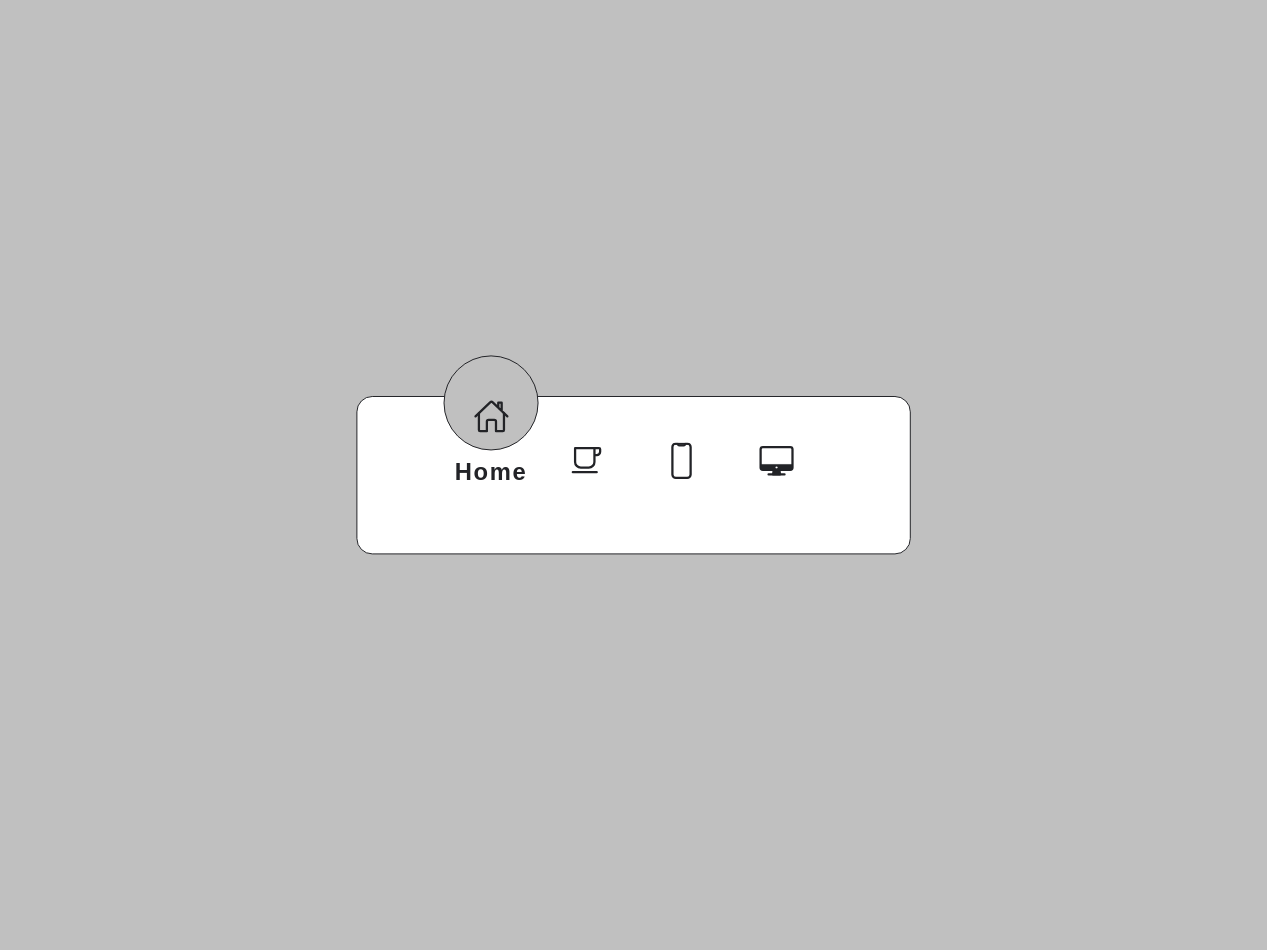
Repository: DevJoeYC/Metabukcs
Page: http://localhost/metabucks/
The author's editor kept a copy of each file at every save. The page is drawn from the files as they stood at one save, then again after the next save.
The browser window is 1280 px wide. The pictures show the whole page, at 99% of full size.
The page is served by Tomcat 9. Other server files are loaded and not shown.

Above is the page before, as saved 2022-05-27 01:12:51.

### metabucks/WebContent/index.html
<!DOCTYPE html>
<html>
<head>
	<meta charset="UTF-8">
	<title>CTEAM team project nav</title>
	<link rel="stylesheet" type="text/css" href="./show/test.css">
	<script src="./show/common.js"></script>
	<script src="./show/jquery.js"></script>
</head>
<body>
	<div class="nav">
		<ul>
			<li class="list active">
				<a href="./HOME/index.jsp" target="_blank">
					<span class="icon"><ion-icon name="home-outline"></ion-icon></span>
					<span class="text">Home</span>
				</a>
			</li>
			<li class="list">
				<a href="./KIOSK/index.jsp" target="_blank">
					<span class="icon"><ion-icon name="cafe-outline"></ion-icon></span>
					<span class="text">KIOSK</span>
				</a>
			</li>
			<li class="list">
				<a href="./METAORDER/index.jsp" target="_blank">
					<span class="icon"><ion-icon name="phone-portrait-outline"></ion-icon></span>
					<span class="text">Metaoder</span>
				</a>
			</li>
			<li class="list">
				<a href="./POS/index.html" target="_blank">
					<span class="icon"><ion-icon name="desktop-outline"></ion-icon></span>
					<span class="text">POS</span>
				</a>
			</li>
			<div class="indicator"></div>
		</ul>
	</div>
	<script>
		var list = document.querySelectorAll('.list');
		function activeLink(){
			list.forEach((item) => item.classList.remove('active'));
			this.classList.add('active');
		}
		list.forEach((item) =>
		item.addEventListener('mouseover', activeLink));
	</script>
	<script type="module" src="https://unpkg.com/ionicons@5.5.2/dist/ionicons/ionicons.esm.js"></script>
	<script nomodule src="https://unpkg.com/ionicons@5.5.2/dist/ionicons/ionicons.js"></script>
</body>
</html>

### metabucks/WebContent/show/test.css
* {
	margin: 0;
	padding: 0;
	box-sizing: border-box;
	font-family: 'Poppins', sans-serif;
}

:root
{
	--clr: #222327;
}

body
{
	display: flex;
	justify-content: center;
	align-items: center;
	min-height: 60rem;
	background: silver;
}

.nav
{
	position: relative;
	width: 35rem;
	height: 10rem;
	background: #fff;
	display: flex;
	justify-content: center;
	align-items: center;
	border: 0.1rem solid var(--clr);
	border-radius: 1rem;
}

.nav ul
{
	display: flex;
	width: 24rem;
}

.nav ul li
{
	position: relative;
	list-style: none;
	width: 6rem;
	height: 6rem;
	z-index: 1;
}

.nav ul li a
{
	position: relative;
	display: flex;
	justify-content: center;
	align-items: center;
	flex-direction: column;
	width: 100%;
	text-align: center;
	font-weight: bolder;
}

.nav ul li a .icon
{
	position: relative;
	display: block;
	line-height: 5rem;
	font-size: 2.3em;
	text-align: center;
	transition: 0.5s;
	color: var(--clr);
}

.nav ul li.hover a .icon
{
	transform: translateY(-2.8rem);
}
.nav ul li.active a .icon
{
	transform: translateY(-2.8rem);
}

.nav ul li a .text
{
	position: absolute;
	color: var(--clr);
	font-weight: bolder;
	font-size: 1.5rem;
	letter-spacing: 0.1rem;
	transition: 0.5s;
	opacity: 0;
	transform: translateY(-1rem);
}

.nav ul li.hover a .text
{
	opacity: 1;
	transform: translateY(0.3rem)
}
.nav ul li.active a .text
{
	opacity: 1;
	transform: translateY(0.3rem)
}

.indicator
{
	position: absolute;
	top: -2.6rem;
	width: 6rem;
	height: 6rem;
	background: silver;
	border-radius: 50%;
	border: 0.1rem solid var(--clr);
	transition: 0.5s;
}

.nav ul li:nth-child(1).active ~ .indicator
{
	transform: translateX(calc(6rem * 0));
}
.nav ul li:nth-child(2).active ~ .indicator
{
	transform: translateX(calc(6rem * 1));
}
.nav ul li:nth-child(3).active ~ .indicator
{
	transform: translateX(calc(6rem * 2));
}
.nav ul li:nth-child(4).active ~ .indicator
{
	transform: translateX(calc(6rem * 3));
}

### metabucks/WebContent/show/common.js
/****************************************************************************************************
 *	작성자 : 함경환
 *	작성일 : 2022-05-20 11:45
****************************************************************************************************/

//선택된 메뉴를 str로 strURL의 이름을 가진 페이지에 요청을 보낸다.
//결과 값은 to의 id를 가진 곳에 반영한다
function setDiv(to, strURL, str) {
	//선택된 메뉴를 str로 strURL의 이름을 가진 페이지에 요청을 보낸다.
	$.ajax({
		type		: "POST",
		url			: strURL + str,
		dataType	: "HTML",
		contentType : "application/x-www-form-urlencoded; charset=UTF-8",
		success		: function (data) {$(to).html(data);},
		complete	: function (data) {},
		error		: function (data) {}
	});
}

function toggle(obj){
	$(obj).parent().children().css({ "background-color" : "silver" });
	$(obj).css({ "background-color" : "white" });
}

Loaded but not shown: metabucks/WebContent/show/jquery.js (library)

After the next save:
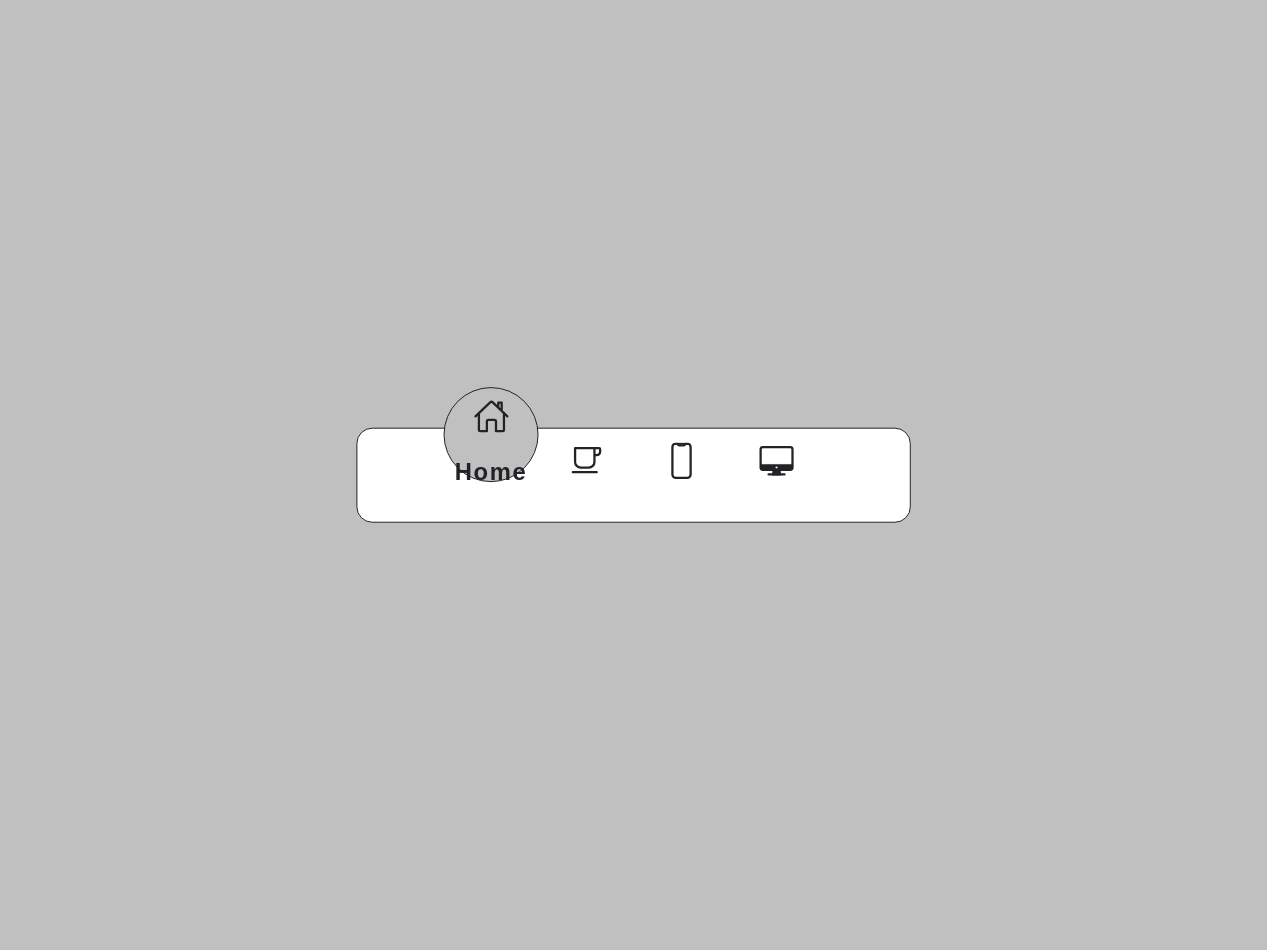
Saved 18 s later.
--- a/metabucks/WebContent/show/test.css
+++ b/metabucks/WebContent/show/test.css
@@ -23,7 +23,7 @@ body
 {
 	position: relative;
 	width: 35rem;
-	height: 10rem;
+	height: 6rem;
 	background: #fff;
 	display: flex;
 	justify-content: center;
